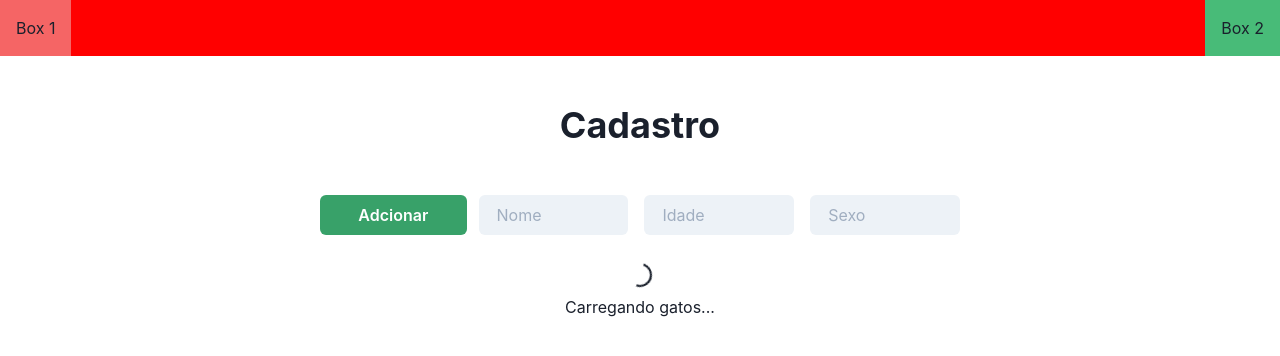
Repository: thislucasme/front-end-cats-react.js
Page: /cadastro
An editor plug-in stored every save of this project. The page is shown before and after the next save, followed by the edit.
The browser window is 1280 px wide. The pictures show the whole page.
The page's requests for data from a server got no answer. The project was rebuilt for these pictures with package versions that can differ from the ones it lists, and the page was loaded fresh each time. No one was signed in, and anything a server would have sent is missing.

Above is the page before, as saved 2021-10-27 15:52:30.

After the next save:
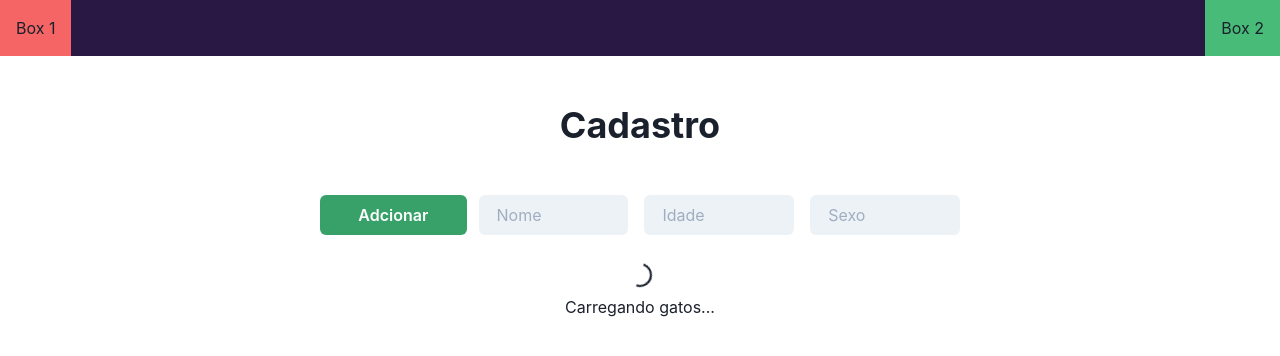
Saved 25 s later.
--- a/src/components/menu.tsx
+++ b/src/components/menu.tsx
@@ -3,7 +3,7 @@ import React from "react";
 export const Menu = () => {
 	return (
 		<>
-			<Flex bg={"red"} w={"full"}>
+			<Flex bg={"#291744"} w={"full"}>
 				<Box p="4" bg="red.400">
 					Box 1
 				</Box>
